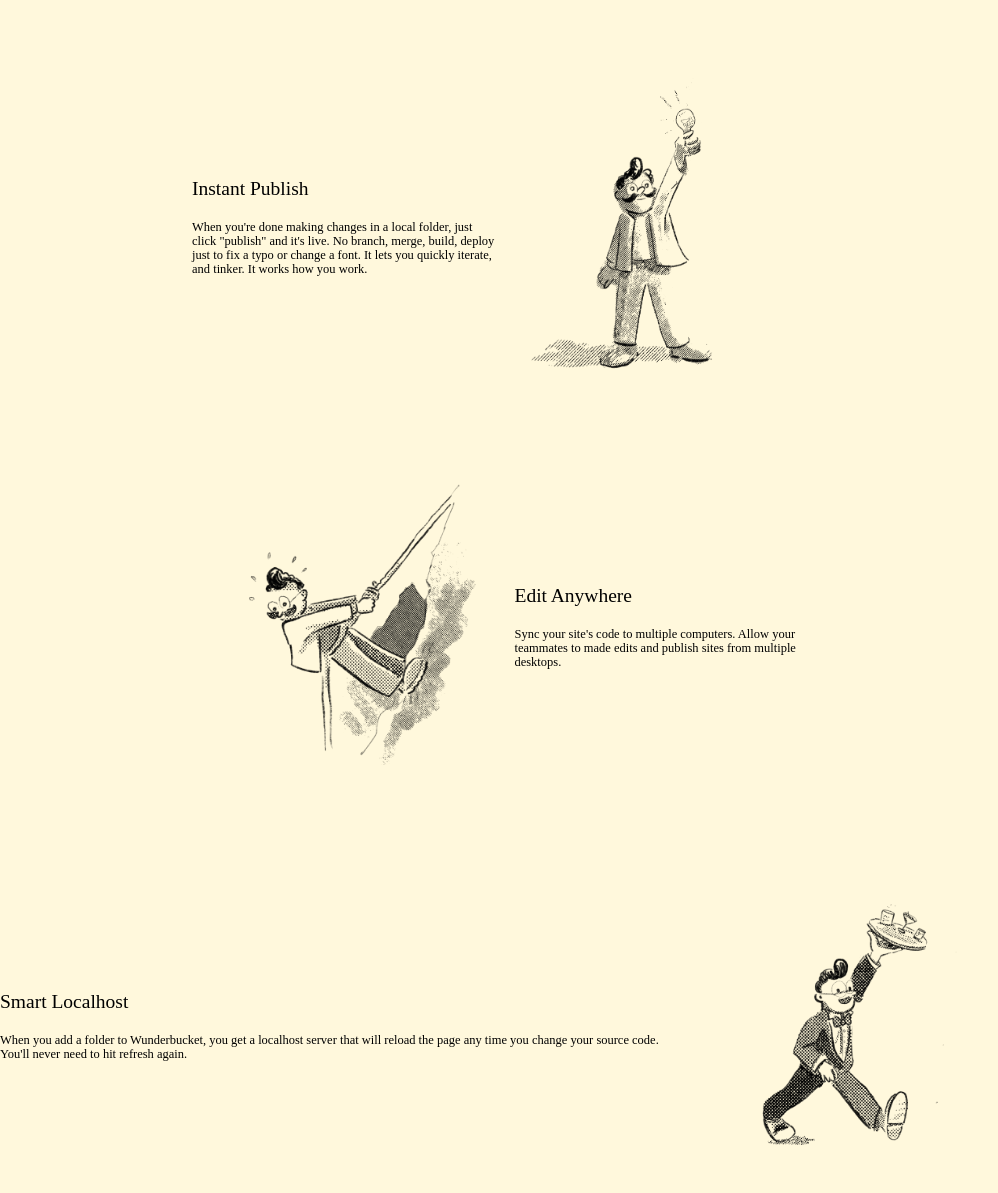
Repository: Pbemits/TEAMWORK-PROJECT-ONE
Page: index.html
The author's editor kept a copy of each file at every save. The page is drawn from the files as they stood at one save, then again after the next save.
The browser window is 1280 px wide. The pictures show the whole page, at 78% of full size.
Some web fonts or font styles are not loaded; a fallback is used.

Above is the page before, as saved 2023-09-01 23:19:29.

### index.html
<!DOCTYPE html>
<html lang="en">
<head>
    <meta charset="UTF-8">
    <meta name="viewport" content="width=device-width, initial-scale=1.0">
    <link rel="stylesheet" href="./assets/css/base.css">
    <link rel="stylesheet" href="./assets/css/main.css">
    <!-- ~: FONT: 'Noto Sans JP', sans-serif -->
    <link rel="preconnect" href="https://fonts.googleapis.com">
    <link rel="preconnect" href="https://fonts.gstatic.com" crossorigin>
    <link href="https://fonts.googleapis.com/css2?family=Noto+Sans+JP:wght@100;200;300;400;500;600&display=swap" rel="stylesheet">
    <!-- ~: FONT: 'PT Serif Caption', serif -->
    <link rel="preconnect" href="https://fonts.googleapis.com">
    <link rel="preconnect" href="https://fonts.gstatic.com" crossorigin>
    <link href="https://fonts.googleapis.com/css2?family=PT+Serif+Caption:ital@0;1&display=swap" rel="stylesheet">
    <title>TEAMWORK PROJECT ONE</title>
</head>
<body>
    <!-- TODO: HEADER MAIN -->
    <div id="header-main">

    </div>
    <!-- TODO: CONTENT MAIN -->
    <div id="content-main">
        <!-- CODE BY XUAN DAI -->
        <!-- CONTENT-SECTION-TWO -->
        <div class="content-section-two">

            <!-- WRAPPER ONE -->
            <div class="content-wrapper-element-one">
                <div class="wrapper-element-one">
                    <div class="wrapper-element-texts">
                        <div class="element-text-h3">
                            <h3>Instant Publish</h3>
                        </div>
                        <div class="element-texts-paragraph">
                            <p>When you're done making changes in a local folder, just<br> click "publish" and it's live. No branch, merge, build, deploy<br> just to fix a typo or change a font. It lets you quickly iterate,<br> and tinker. It works how you work.</p>
                        </div>
                    </div>
                </div>

                <div class="wrapper-element-two">
                    <div class="wrapper-element-image">
                        <div class="element-img">
                            <img src="./assets/image/ligter.png" alt="ÁNH SÁNG CỦA ĐẢNG VN">
                        </div>
                    </div>
                </div>
            </div>
            <!-- END WRAPPER ONE -->

            <!-- WRAPPER TWO -->
            <div class="content-wrapper-element-two">
                <div class="wrapper-element-one">
                    <div class="wrapper-element-image">
                        <div class="element-img">
                            <img src="./assets/image/edit-anywhere.png" alt="EDIT ANYWHERE">
                        </div>
                    </div>
                </div>

                <div class="wrapper-element-two">
                    <div class="wrapper-element-texts">
                        <div class="element-text-h3">
                            <h3>Edit Anywhere</h3>
                        </div>
                        <div class="element-texts-paragraph">
                            <p>Sync your site's code to multiple computers. Allow your<br> teammates to made edits and publish sites from multiple<br> desktops.</p>
                        </div>
                    </div>
                </div>
            </div>
            <!--END WRAPPER TWO -->

            <!-- WRAPPER THREE -->
            <div class="content-wrapper-element-three">
                <div class="wrapper-element-one">
                    <div class="wrapper-element-texts">
                        <div class="element-text-h3">
                            <h3>Smart Localhost</h3>
                        </div>
                        <div class="element-texts-paragraph">
                            <p>When you add a folder to Wunderbucket, you get a localhost server that will reload the page any time you change your source code. You'll never need to hit refresh again.</p>
                        </div>
                    </div>
                </div>

                <div class="wrapper-element-two">
                    <div class="wrapper-element-image">
                        <div class="element-img">
                            <img src="./assets/image/smart-localhost.png" alt="LOCAL HOST">
                        </div>
                    </div>
                </div>
            </div>
            <!-- END WRAPPER THREE -->

        </div>
        <!-- END CONTENT-SECTION-TWO -->
        <!-- END CODE BY XUAN DAI -->
    </div>
    <!-- TODO: FOOTER MAIN -->
    <div id="footer-main">

    </div>
</body>
</html>

### assets/css/base.css
* {
    margin: 0;
    padding: 0;
    box-sizing: border-box;
}
body {
    background-color: #fff8dc;
    font-family: 'Noto Sans JP', sans-serif;
    font-family: 'PT Serif Caption', serif;
}

:root {
    --color-texts: #161616;
}

### assets/css/main.css
/* WRAPPER ONE */
.content-wrapper-element-one {
    display: flex;
    align-items: center;
    justify-content: center;
    margin-top: 100px;
}

.content-wrapper-element-one .wrapper-element-texts .element-text-h3 h3 {
    font-size: 25px;
    font-weight: 400;
}

.content-wrapper-element-one .wrapper-element-texts .element-texts-paragraph {
    margin: 26px 0;
}

.content-wrapper-element-one .element-img {
    width: 100%;
}

.content-wrapper-element-one .element-img img {
    width: 400px;
}
/* END WRAPPER ONE */



/* WRAPPER TWO */

.content-wrapper-element-two {
    display: flex;
    align-items: center;
    justify-content: center;
    margin-top: 100px;
}

.content-wrapper-element-two .element-img {
    width: 100%;
}

.content-wrapper-element-two .element-img img {
    width: 400px;
}

.content-wrapper-element-two .wrapper-element-texts .element-text-h3 h3 {
    font-size: 25px;
    font-weight: 400;
}

.content-wrapper-element-two .wrapper-element-texts .element-texts-paragraph {
    margin: 26px 0;
}


/* END WRAPPER TWO */



/* WRAPPER THREE */

.content-wrapper-element-three {
    display: flex;
    align-items: center;
    justify-content: center;
    margin-top: 100px;
}

.content-wrapper-element-three .wrapper-element-texts .element-text-h3 h3 {
    font-size: 25px;
    font-weight: 400;
}

.content-wrapper-element-three .wrapper-element-texts .element-texts-paragraph {
    margin: 26px 0;
}

.content-wrapper-element-three .element-img {
    width: 100%;
}

.content-wrapper-element-three .element-img img {
    width: 400px;
}

/* END WRAPPER THREE */

After the next save:
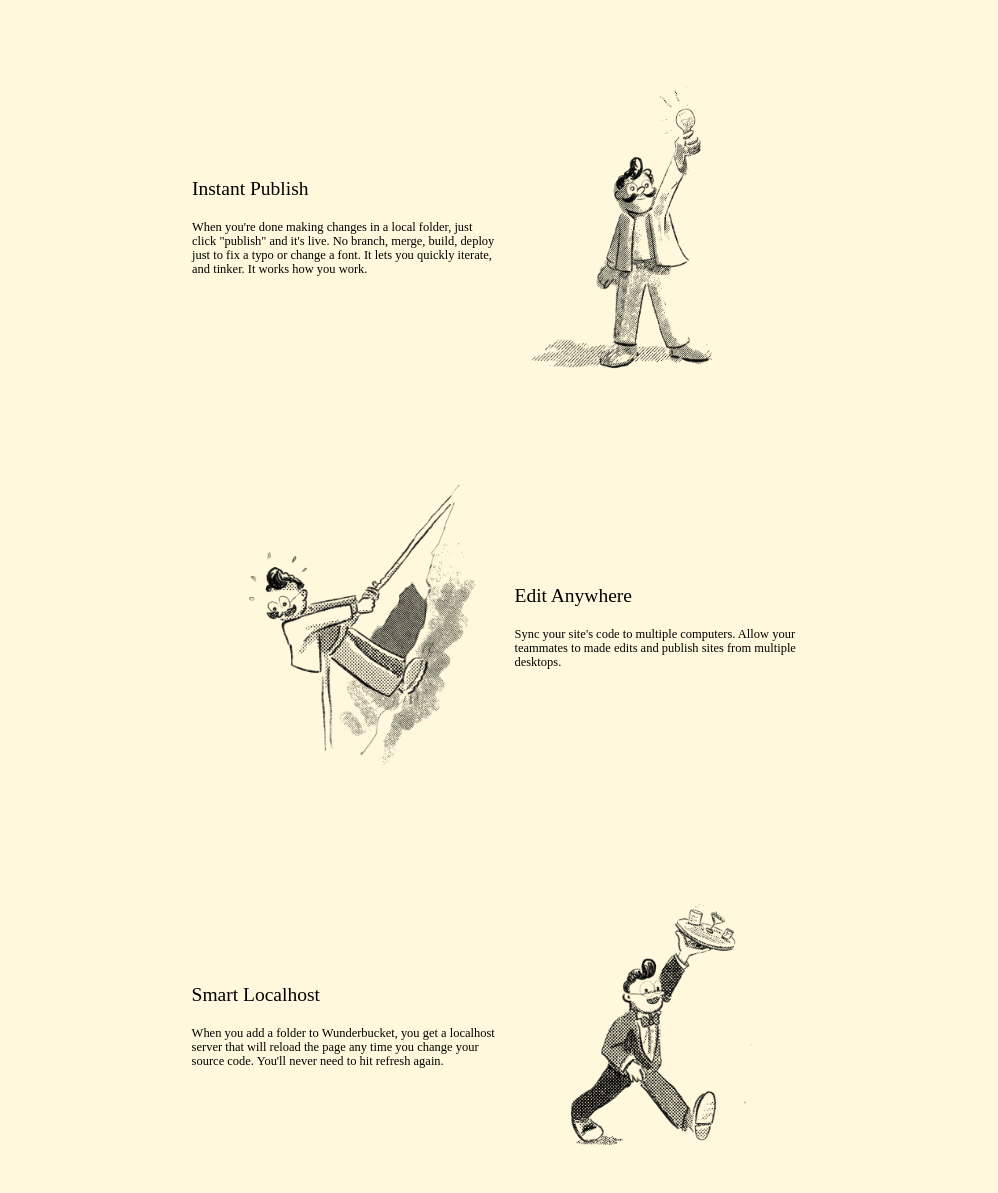
Saved 26 s later.
--- a/index.html
+++ b/index.html
@@ -80,7 +80,7 @@
                             <h3>Smart Localhost</h3>
                         </div>
                         <div class="element-texts-paragraph">
-                            <p>When you add a folder to Wunderbucket, you get a localhost server that will reload the page any time you change your source code. You'll never need to hit refresh again.</p>
+                            <p>When you add a folder to Wunderbucket, you get a localhost<br> server that will reload the page any time you change your<br> source code. You'll never need to hit refresh again.</p>
                         </div>
                     </div>
                 </div>
